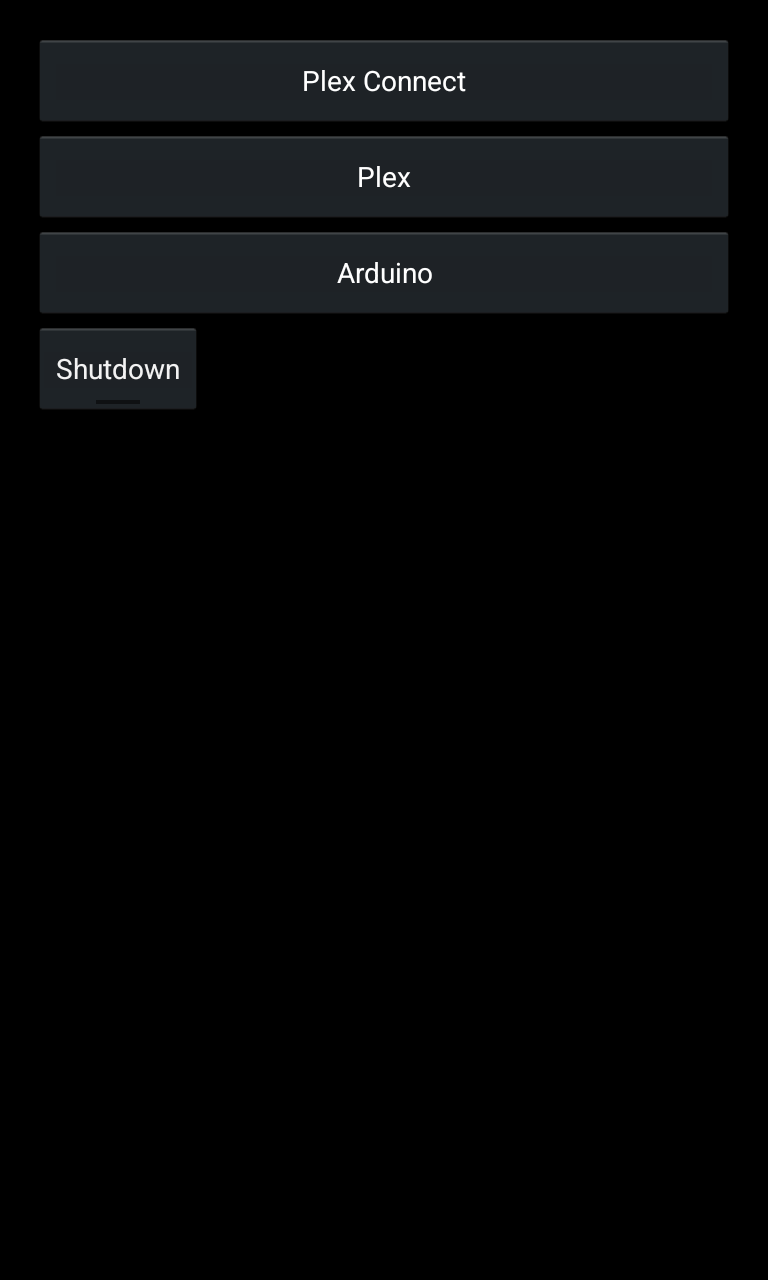
Repository: juanlurie/Android
Layout: TcpClient/res/layout/pcfragment.xml
The author's editor kept a copy of each file at every save. The layout is drawn from the files as they stood at one save, then again after the next save.
It is drawn on a 768 x 1280 px phone screen (xhdpi) without system bars, with theme AppTheme; the app's code is not run.

Above is the layout before, as saved 2013-08-10 16:40:53.

### TcpClient/res/layout/pcfragment.xml
<!--
  Copyright 2013 The Android Open Source Project

  Licensed under the Apache License, Version 2.0 (the "License");
  you may not use this file except in compliance with the License.
  You may obtain a copy of the License at

      http://www.apache.org/licenses/LICENSE-2.0

  Unless required by applicable law or agreed to in writing, software
  distributed under the License is distributed on an "AS IS" BASIS,
  WITHOUT WARRANTIES OR CONDITIONS OF ANY KIND, either express or implied.
  See the License for the specific language governing permissions and
  limitations under the License.
  -->

<LinearLayout xmlns:android="http://schemas.android.com/apk/res/android"
    xmlns:tools="http://schemas.android.com/tools"
    android:layout_width="match_parent"
    android:layout_height="match_parent"
    android:background="#000000"
    android:orientation="vertical"
    android:paddingBottom="@dimen/activity_vertical_margin"
    android:paddingLeft="@dimen/activity_horizontal_margin"
    android:paddingRight="@dimen/activity_horizontal_margin"
    android:paddingTop="@dimen/activity_vertical_margin"
    tools:context=".MainActivity" >

    <Button
        android:id="@+id/button3"
        style="?android:attr/buttonStyleSmall"
        android:layout_width="match_parent"
        android:layout_height="wrap_content"
        android:onClick="plexConnectClick"
        android:text="Plex Connect"
        android:textColor="#FFFFFF" />

    <Button
        android:id="@+id/button4"
        style="?android:attr/buttonStyleSmall"
        android:layout_width="match_parent"
        android:layout_height="wrap_content"
        android:onClick="plexClick"
        android:text="Plex"
        android:textColor="#FFFFFF" />

    <Button
        android:id="@+id/button5"
        style="?android:attr/buttonStyleSmall"
        android:layout_width="match_parent"
        android:layout_height="wrap_content"
        android:onClick="arduinoClick"
        android:text="Arduino"
        android:textColor="#FFFFFF" />

    <LinearLayout
        android:layout_width="match_parent"
        android:layout_height="wrap_content" >

        <ToggleButton
            android:id="@+id/switch1"
            android:layout_width="wrap_content"
            android:layout_height="wrap_content"
            android:text="Shutdown"
            android:textOff="Shutdown"
            android:textOn="Abort" />

        <TextView
            android:id="@+id/textView1"
            android:layout_width="wrap_content"
            android:layout_height="wrap_content"
            android:textAppearance="?android:attr/textAppearanceSmall" />
    </LinearLayout>

</LinearLayout>

Loaded but not shown: TcpClient/res/values/styles.xml (common file); TcpClient/res/values/dimens.xml (common file)

After the next save:
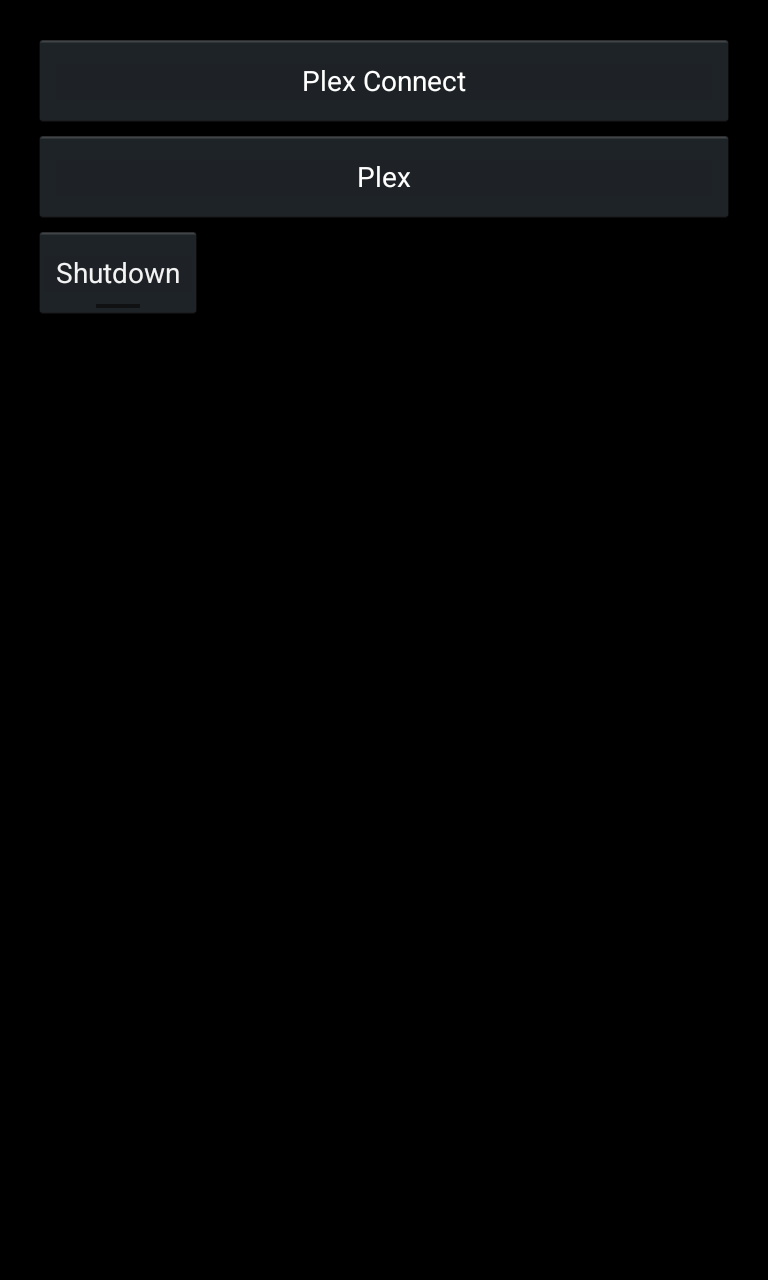
Saved 5 min 42 s later.
--- a/TcpClient/res/layout/pcfragment.xml
+++ b/TcpClient/res/layout/pcfragment.xml
@@ -44,14 +44,7 @@
         android:text="Plex"
         android:textColor="#FFFFFF" />
 
-    <Button
-        android:id="@+id/button5"
-        style="?android:attr/buttonStyleSmall"
-        android:layout_width="match_parent"
-        android:layout_height="wrap_content"
-        android:onClick="arduinoClick"
-        android:text="Arduino"
-        android:textColor="#FFFFFF" />
+
 
     <LinearLayout
         android:layout_width="match_parent"
